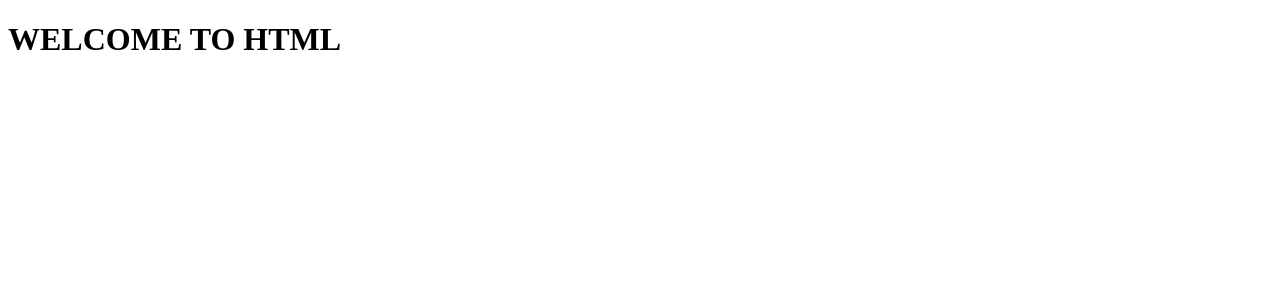
Repository: mirambialex/MYFIRSTREPOR
Page: test.html
An editor plug-in stored every save of this project. The page is shown before and after a run of saves, followed by the edit.
The browser window is 1280 px wide. The pictures show the whole page.

Above is the page before, as saved 2024-03-29 09:48:32.

### test.html
<!DOCTYPE html>
<html lang="en">
<head>
    <meta charset="UTF-8">
    <meta name="viewport" content="width=, initial-scale=1.0">
    <title>Document</title>
</head>
<body>
 <div class="alex">
    <p>
        <h1>WELCOME TO HTML</h1>
    </p>
 </div>
 <P>
    <H2>

    </H2>
 </P>
</body>
</html>

After the next 4 saves:
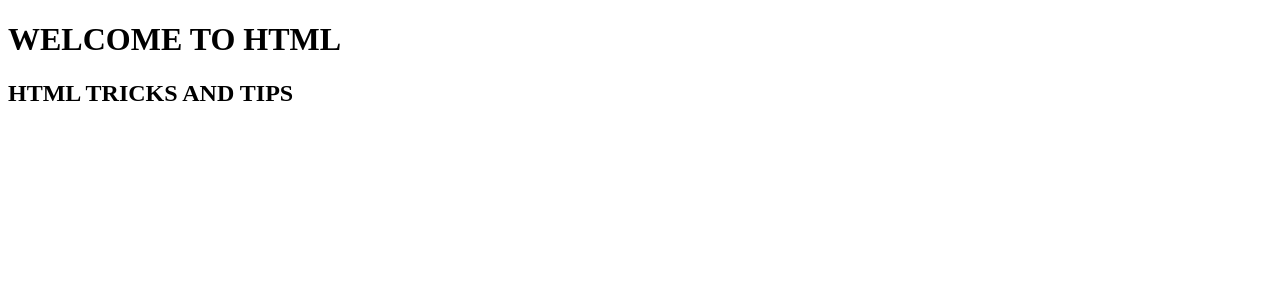
The 4 saves are shown as one change because they came seconds apart.
The last was saved 18 s later.
--- a/test.html
+++ b/test.html
@@ -13,7 +13,7 @@
  </div>
  <P>
     <H2>
-
+        HTML TRICKS AND TIPS
     </H2>
  </P>
 </body>

After the save that followed:
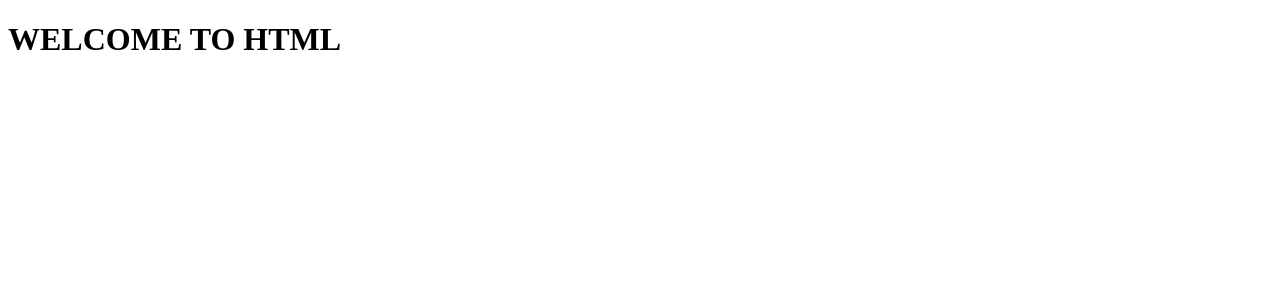
Saved 65 s later.
--- a/test.html
+++ b/test.html
@@ -11,10 +11,7 @@
         <h1>WELCOME TO HTML</h1>
     </p>
  </div>
- <P>
-    <H2>
-        HTML TRICKS AND TIPS
-    </H2>
+ </H2>
  </P>
 </body>
 </html>
